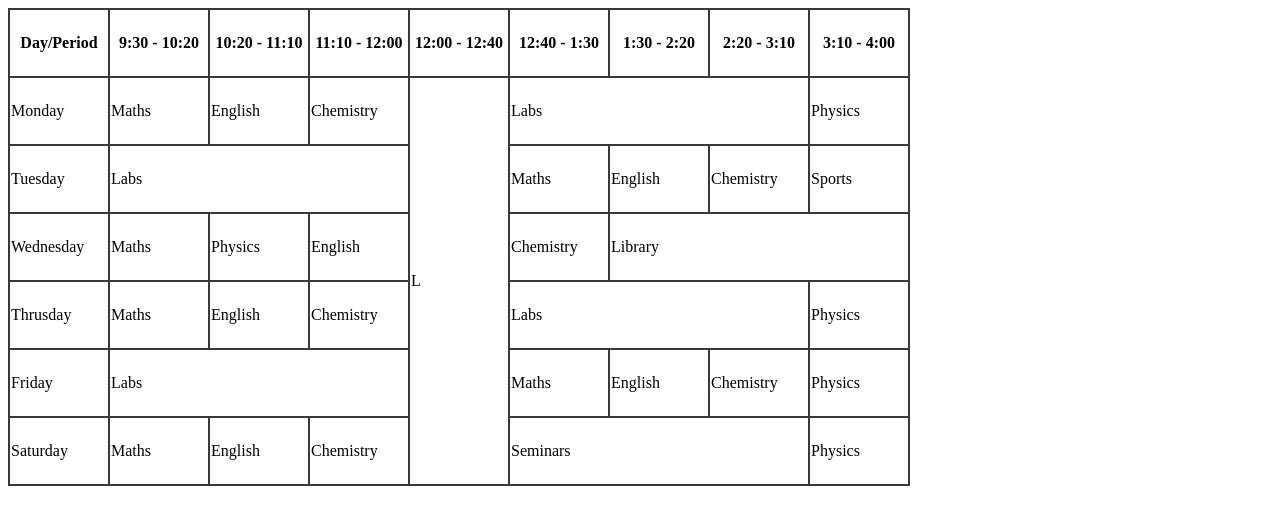
Repository: nir-github01/Html
Page: assign1-table.html
An editor plug-in stored every save of this project. The page is shown before and after the next save, followed by the edit.
The browser window is 1280 px wide. The pictures show the whole page.

Above is the page before, as saved 2022-09-27 20:02:29.

### assign1-table.html
<!DOCTYPE html>
<html lang="en">
<head>
    <meta charset="UTF-8">
    <meta http-equiv="X-UA-Compatible" content="IE=edge">
    <meta name="viewport" content="width=device-width, initial-scale=1.0">
    <title>Time-table</title>
    <style>
        table{
            border: 2px solid rgb(58, 57, 57);
            border-collapse: collapse;
        }
        td, th{
            border: 2px solid rgb(58, 57, 57);
            border-collapse: collapse;
            width: 6rem;
            height: 4rem;
        }
    </style>
</head>
<body>
    <table>
        <thead>
            <tr>
        <th>Day/Period</th>
        <th>9:30 - 10:20</th>
        <th>10:20 - 11:10</th>
        <th>11:10 - 12:00</th>
        <th>12:00 - 12:40</th>
        <th>12:40 - 1:30</th>
        <th>1:30 - 2:20</th>
        <th>2:20 - 3:10</th>
        <th>3:10 - 4:00</th>
    </tr>
        </thead>
        <tbody>

            <tr>
                <td>Monday</td>
                <td>Maths</td>
                <td>English</td>
                <td>Chemistry</td>
                <td rowspan="6"><p >L</p></td>
                <td colspan="3">Labs</td>
                <td>Physics</td>

            </tr>
            <tr>
                <td>Tuesday</td>
                <td colspan="3">Labs</td>
                <td>Maths</td>
                <td>English</td>
                <td>Chemistry</td>

                <td>Sports</td>
            </tr>
            <tr>
                <td>Wednesday</td>
                <td>Maths</td>
                <td>Physics</td>
                <td>English</td>

                <td>Chemistry</td>
                <td colspan="3">Library</td>
            </tr>
            <tr>
                <td>Thrusday</td>
                <td>Maths</td>
                <td>English</td>
                <td>Chemistry</td>
               <td colspan="3">Labs</td>
                <td>Physics</td>
            </tr>
            <tr>
                <td>Friday</td>
                <td colspan="4">Labs</td>
                <td>Maths</td>
                <td>English</td>
                <td>Chemistry</td>
                <td>Physics</td>
            </tr>
            <tr>
                <td>Saturday</td>
                <td>Maths</td>
                <td>English</td>
                <td>Chemistry</td>
                <td colspan="3">Seminars</td>
                <td>Physics</td>

            </tr>

        </tbody>

    </table>
</body>
</html>

After the next save:
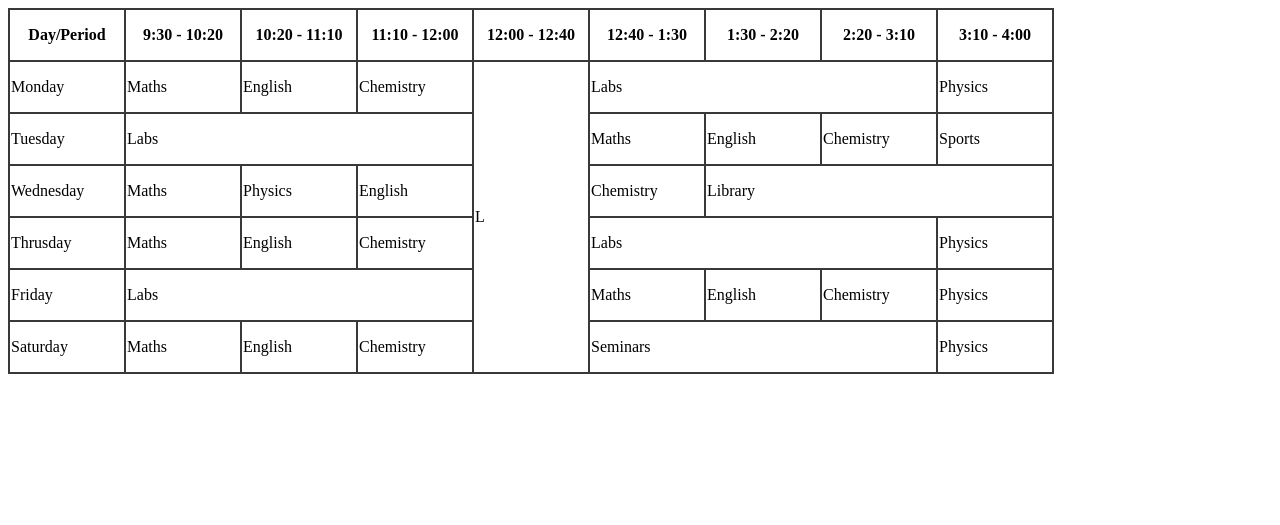
Saved 30 s later.
--- a/assign1-table.html
+++ b/assign1-table.html
@@ -13,8 +13,8 @@
         td, th{
             border: 2px solid rgb(58, 57, 57);
             border-collapse: collapse;
-            width: 6rem;
-            height: 4rem;
+            width: 7rem;
+            height: 3rem;
         }
     </style>
 </head>
